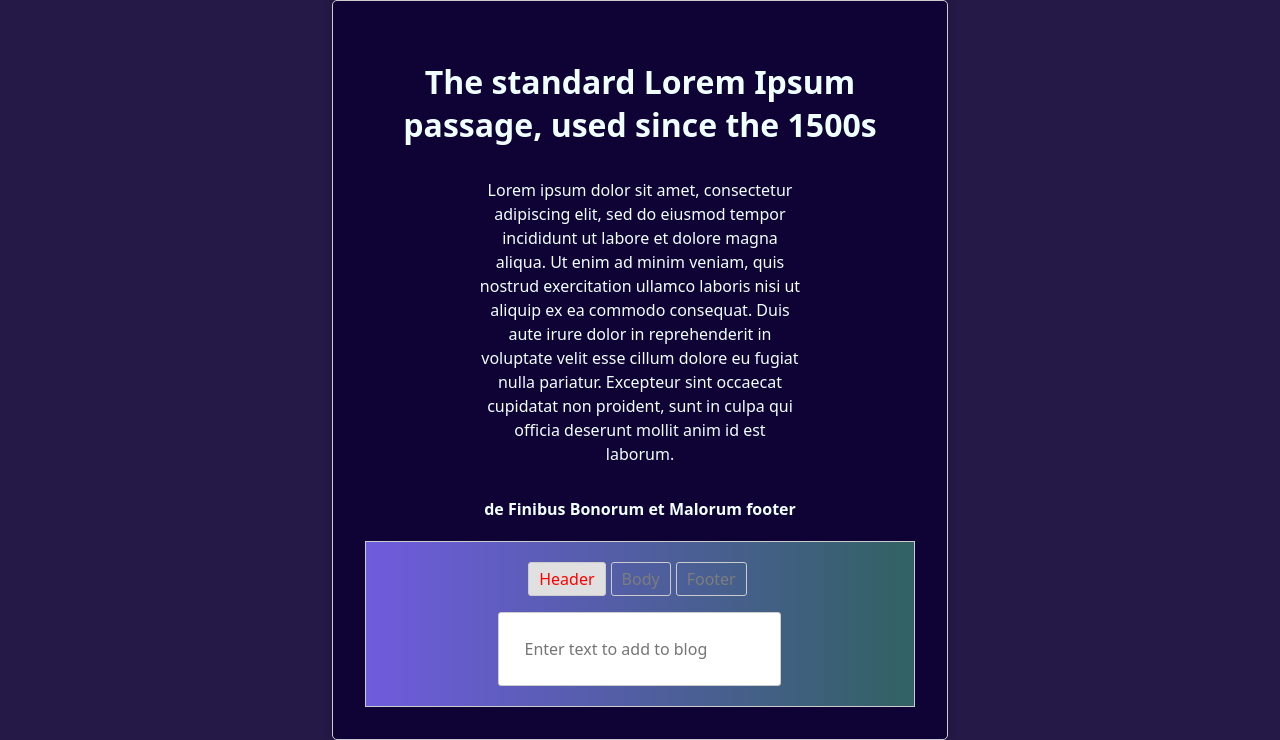
Repository: Freezler/AnnounceCraft
Page: index.html
An editor plug-in stored every save of this project. The page is shown before and after the next save, followed by the edit.
The browser window is 1280 px wide. The pictures show the whole page.

Above is the page before, as saved 2024-01-21 11:00:52.

After the next save:
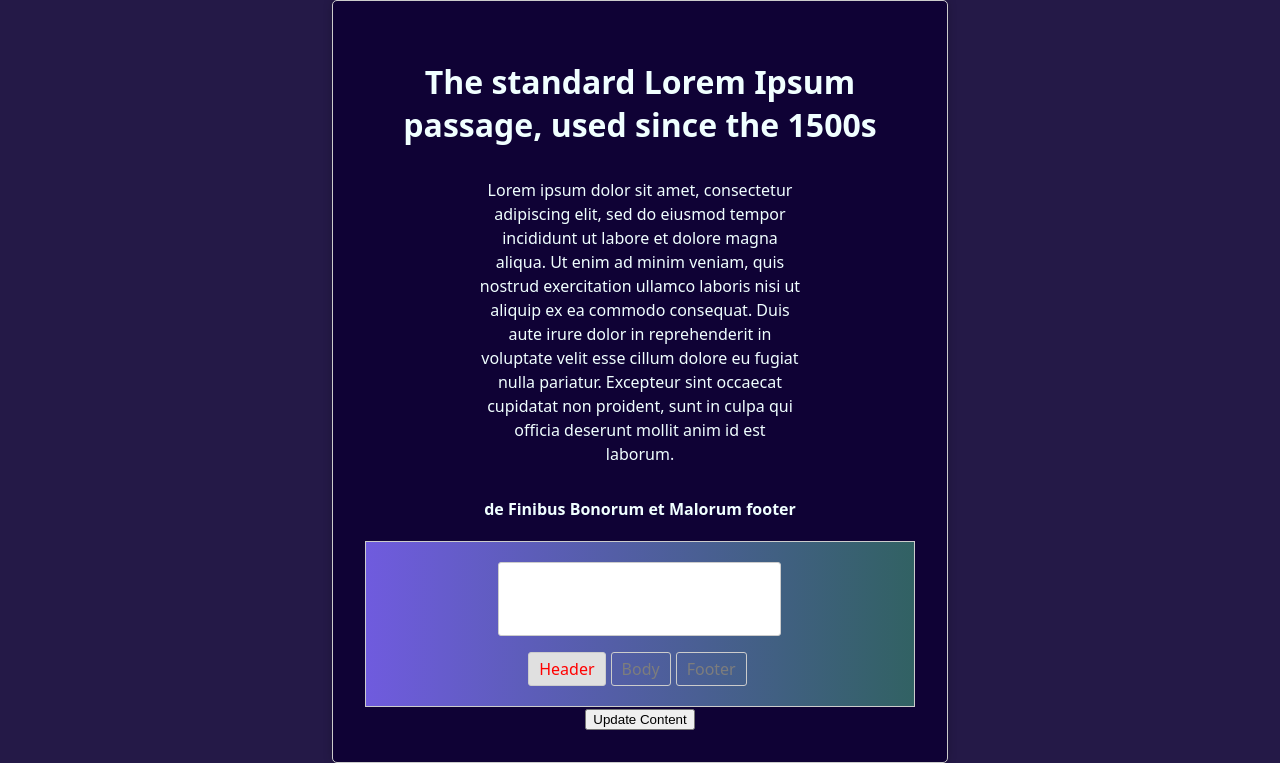
Saved 15 s later.
--- a/index.html
+++ b/index.html
@@ -12,16 +12,17 @@
         <p>{{ body }}</p>
         <h4>{{ footer }}</h4>
         <div class="choice-box">
-			<div class="radio-container">
-				<input type="radio" id="header" value="Header" v-model="selectedType" @change="updateText">
+            <input v-model="selectedText" type="text" />
+            <div class="radio-container">
+                <input type="radio" id="header" value="Header" v-model="selectedType" @change="updateTempContent">
                 <label for="header">Header</label>
-                <input type="radio" id="body" value="Body" v-model="selectedType" @change="updateText">
+                <input type="radio" id="body" value="Body" v-model="selectedType" @change="updateTempContent">
                 <label for="body">Body</label>
-                <input type="radio" id="footer" value="Footer" v-model="selectedType" @change="updateText">
+                <input type="radio" id="footer" value="Footer" v-model="selectedType" @change="updateTempContent">
                 <label for="footer">Footer</label>
             </div>
-			<input v-model="selectedText" type="text" placeholder="Enter text to add to blog" />
         </div>
+        <button @click="updateText">Update Content</button>
     </section>
     <script src="https://unpkg.com/vue@3"></script>
     <script src="app.js"></script>
